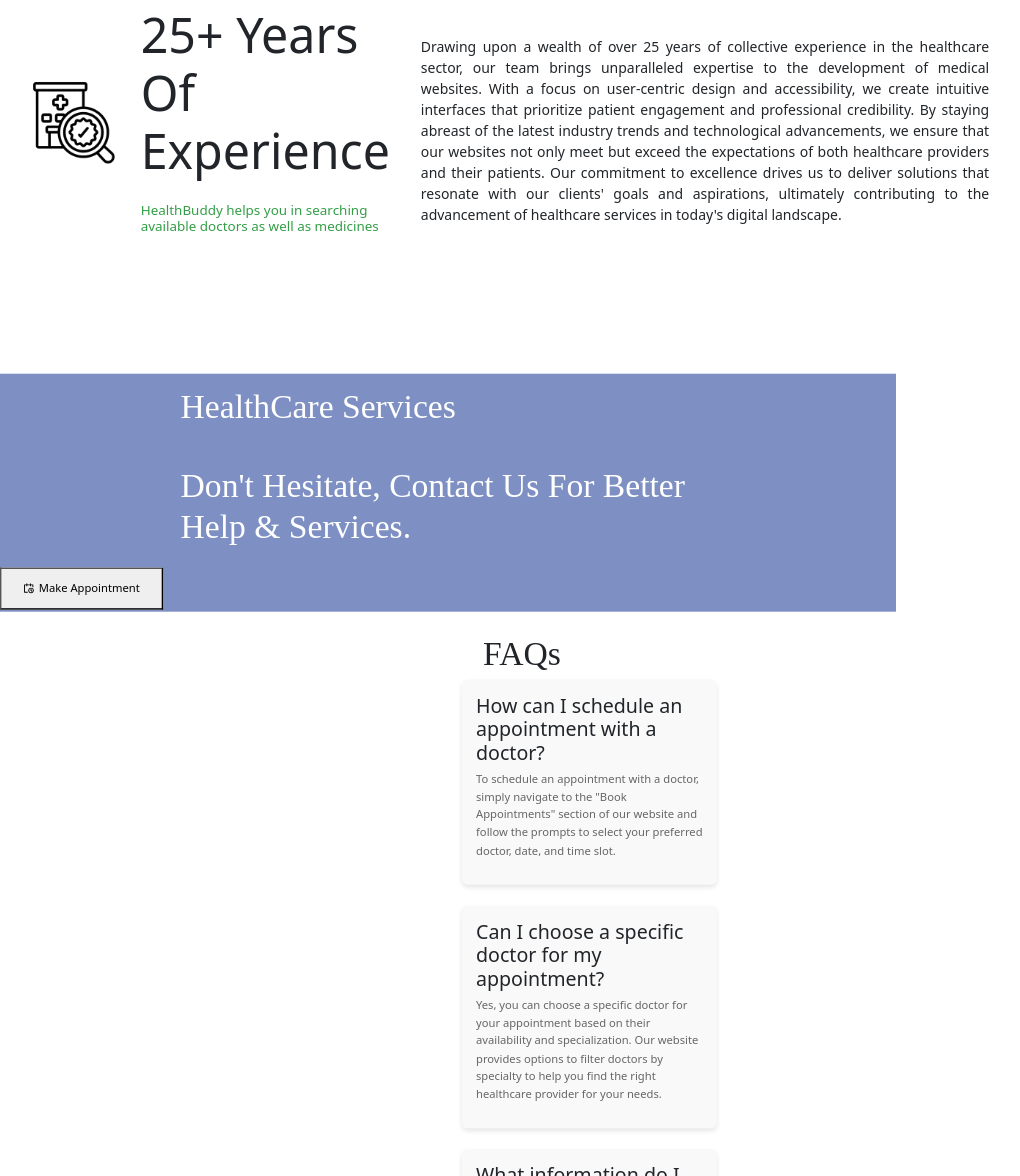
Repository: WajihaGul/MedicalApp-Frontend
Page: /
These files come from the project's save history. The page is drawn as it stood at one moment and after the next save; the edit follows.
The browser window is 1280 px wide. The page is 1457 px wide, so the pictures cover 1457 px, including what lies to the right of the window. The pictures show the part of the page from y = 1507 to 3187 px (the page is 4744 px tall), at 70% of full size.
The project was rebuilt for these pictures with package versions that can differ from the ones it lists, and the page was loaded fresh each time. Also part of the build but not shown: vite.config.js, src/index.css, src/App.css.

Above is the page before, as saved 2024-05-08 23:22:09.

### public/index.html
<!DOCTYPE html>
<html lang="en">
  <head>
    <meta charset="utf-8" />
    <link rel="icon" href="%PUBLIC_URL%/favicon.ico" />
    <meta name="viewport" content="width=device-width, initial-scale=1" />
    <meta name="theme-color" content="#000000" />
    <meta
      name="description"
      content="Web site created using create-react-app"
    />
    <link rel="apple-touch-icon" href="%PUBLIC_URL%/logo192.png" />

    <link rel="manifest" href="%PUBLIC_URL%/manifest.json" />

    <title>Health Buddy</title>

    <!-- Bootstrap CSS -->

    <link href="https://cdn.jsdelivr.net/npm/bootstrap@5.3.3/dist/css/bootstrap.min.css" rel="stylesheet">
  </head>
  <body>
    <noscript>You need to enable JavaScript to run this app.</noscript>
    <div id="root"></div>

  </body>
</html>

### src/index.js
import React from "react";
import ReactDOM from "react-dom/client";
import "./index.css";
import "bootstrap/dist/css/bootstrap.min.css";
import { Auth0Provider } from "@auth0/auth0-react";
import App from "./App";

const root = ReactDOM.createRoot(document.getElementById("root"));
root.render(
  <Auth0Provider
    domain="dev-0g3c3dxmqjxyqw2c.us.auth0.com"
    clientId="oMzUGa6dYetqfOyrTVNkJyeCd189p4oL"
    authorizationParams={{
      redirect_uri: window.location.origin,
    }}
  >
    <App />
  </Auth0Provider>
);

### src/App.js
import "./App.css";
import Homepage from "./Pages/Homepage";
function App() {
  return (
    <>
      <Homepage />
    </>
  );
}

export default App;

### src/Pages/Homepage.jsx
import Accomplishments from "../Components/Accomplishments/Accomplishments";
import Experience from "../Components/Experience/Experience";
import LandingPage from "./../Components/LandingPage/LandingPage";
import NavigationBar from "./../Components/NavigationBar/Navbar";
import MakeAppointment from "../Components/MakeAppointment/MakeAppointment";
import Footer from "../Components/Footer/Footer";
import Faqs from "../Components/FAQS/Faqs";

const Homepage = () => {
  return (
    <>
      <NavigationBar />
      <LandingPage />
      <Accomplishments />
      <Experience />
      <MakeAppointment />
      <Faqs />
      <Footer />
    </>
  );
};

export default Homepage;

### src/Components/Accomplishments/Accomplishments.jsx
import styles from "./Accomplishments.module.css";

const Accomplishments = () => {
  return (
    <div className={styles.container}>
      <div className={styles.innerContainer}>
        <div className={styles.column1}>
          <img
            className={styles.cols_img}
            src="https://medi-dove.netlify.app/img/counter/counter-icon-7.png"
            alt=""
          />

          <p className={styles.explanationi}>540 + </p>

          <p className={styles.explanationii}>Expert Doctors</p>

          <p className={styles.explanationiii}>
            Our team of dedicated professionals ensures personalized care and
            expert guidance tailored to your unique health needs
          </p>
        </div>

        <div className={styles.column1}>
          <img
            className={styles.cols_img}
            src="https://medi-dove.netlify.app/img/counter/counter-icon-9.png"
            alt=""
          />

          <p className={styles.explanationi}>899+</p>

          <p className={styles.explanationii}>Problem Solve</p>

          <p className={styles.explanationiii}>
            Benefit from our extensive expertise in resolving medical
            challenges, offering tailored solutions that prioritize patient
            well-being.
          </p>
        </div>

        <div className={styles.column3}>
          <img
            className={styles.cols_img}
            src="https://medi-dove.netlify.app/img/counter/counter-icon-83.png"
            alt=""
          />

          <p className={styles.explanationi}>100+</p>

          <p className={styles.explanationii}>Award Winner</p>

          <p className={styles.explanationiii}>
            With a track record of excellence, we continue to set the standard
            for cutting-edge medical information and services
          </p>
        </div>
      </div>
    </div>
  );
};

export default Accomplishments;

### src/Components/Experience/Experience.jsx
import styles from "./Experience.module.css";

const Experience = () => {
  return (
    <>
      <div className={styles.container}>
        <div className={styles.divimg}>
          <img
            className={styles.eimg}
            src="/Assets/Experience_image.png"
            alt="logo here"
          />
        </div>

        <div>
          <h1 className={styles.ehead1}>25+ Years Of Experience</h1>
          <br />
          <h6 className={styles.ehead6}>
            HealthBuddy helps you in searching available doctors as well as
            medicines
          </h6>
        </div>
        <div>
          <p className={styles.story_p}>
            Drawing upon a wealth of over 25 years of collective experience in
            the healthcare sector, our team brings unparalleled expertise to the
            development of medical websites. With a focus on user-centric design
            and accessibility, we create intuitive interfaces that prioritize
            patient engagement and professional credibility. By staying abreast
            of the latest industry trends and technological advancements, we
            ensure that our websites not only meet but exceed the expectations
            of both healthcare providers and their patients. Our commitment to
            excellence drives us to deliver solutions that resonate with our
            clients' goals and aspirations, ultimately contributing to the
            advancement of healthcare services in today's digital landscape.
          </p>
        </div>
      </div>
    </>
  );
};
export default Experience;

### src/Components/LandingPage/LandingPage.jsx
import React from "react";
import "bootstrap/dist/css/bootstrap.min.css";
import { Carousel } from "react-bootstrap";
import styles from "./LandingPage.module.css";

const LandingPage = () => {
  return (
    <Carousel>
      <Carousel.Item>
        <img
          className={styles.dblock}
          src="https:hips.hearstapps.com/hmg-prod/images/types-of-doctors-1600114658.jpg?crop=0.974xw:0.729xh;0,0&resize=1200:*"
          alt="First slide"
        />
        <Carousel.Caption>
          <h3 className={styles.sliders_h}>Welcome to HealthBuddy</h3>
          <p className={styles.sliders_p}>
            We are dedicated to providing compassionate care and innovative
            medical solutions tailored to your needs.
          </p>
        </Carousel.Caption>
      </Carousel.Item>
      <Carousel.Item>
        <img
          className={styles.dblock}
          src="https://medi-dove.netlify.app/img/home4/about/overlap.png"
          alt="Second slide"
        />
        <Carousel.Caption>
          <h3 className={styles.sliders_h}>
            Find Trusted Doctors in Your Area
          </h3>
          <p className={styles.sliders_p}>
            Whether you need a primary care physician, specialist, or allied
            healthcare provider, we've got you covered.
          </p>
        </Carousel.Caption>
      </Carousel.Item>
      <Carousel.Item>
        <img
          className={styles.dblock}
          src="https://drz0f01yeq1cx.cloudfront.net/1714474335549-158e1cf4-d33e-41ef-afb5-0ab23aea778c-4929.png"
          alt="Third slide"
        />
        <Carousel.Caption>
          <h3 className={styles.sliders_h}>Convenient Pharmacy Services</h3>
          <p className={styles.sliders_p}>
            Our pharmacy services make it easy to access the medications you
            need, right from the comfort of your own home.
          </p>
        </Carousel.Caption>
      </Carousel.Item>
    </Carousel>
  );
};

export default LandingPage;

### src/Components/NavigationBar/Navbar.jsx
import styles from "./Navbar.module.css";
import { useAuth0 } from "@auth0/auth0-react";

const Navbar = () => {
  const { loginWithRedirect, isAuthenticated, logout } = useAuth0();

  return (
    <>
      <nav className={styles.container}>
        <div className={styles.logo}>
          <img
            className={styles.nav_img}
            src="https://cdn.icon-icons.com/icons2/1465/PNG/512/588hospital_100778.png"
            alt="logo"
          />
          <h1 className={styles.nav_head}>HealthBuddy</h1>
        </div>
        <ul className={styles.navul}>
          <li href="#">Home</li>
          <li href="#">Doctors</li>
          <li href="#">Pharmacies</li>
          <li href="#">Contact Us</li>
        </ul>
        {isAuthenticated ? (
          <li>
            <button
              className={styles.customButton}
              onClick={() =>
                logout({ logoutParams: { returnTo: window.location.origin } })
              }
            >
              Log Out
            </button>
          </li>
        ) : (
          <li>
            <button
              className={styles.customButton}
              onClick={() => loginWithRedirect()}
            >
              Login
            </button>
          </li>
        )}
      </nav>
    </>
  );
};

export default Navbar;

### src/Components/MakeAppointment/MakeAppointment.jsx
import styles from "./MakeAppointment.module.css";
import { RiCalendarScheduleLine } from "react-icons/ri";

const MakeAppointment = () => {
  return (
    <>
      <div className={styles.container}>
        <div className={styles.divii}>
          <h3 className={styles.head3}>HealthCare Services</h3>
          <h1 className={styles.head1}>
            Don't Hesitate, Contact Us For Better Help & Services.
          </h1>
        </div>

        <div className={styles.ButtonHere}>
          <button className={styles.mbutton} type="button">
            <RiCalendarScheduleLine className={styles.icon} />
            Make Appointment
          </button>
        </div>
      </div>
    </>
  );
};

export default MakeAppointment;

### src/Components/Footer/Footer.jsx
import React from "react";
import styles from "./Footer.module.css";
import {
  FaPhone,
  FaEnvelope,
  FaFacebook,
  FaTwitter,
  FaInstagram,
  FaLinkedin,
} from "react-icons/fa";

const Footer = () => {
  return (
    <>
      <footer className={styles.footer}>
        <div className={styles.container}>
          <div className={styles.footer_grid}>
            <div className={styles.footer_item}>
              <h3>Contact Us</h3>
              <p>
                <FaPhone /> +1-123-456-7890
              </p>
              <p>
                <FaEnvelope /> info@medicalwebsite.com
              </p>
            </div>
            <div className={styles.footer_item}>
              <h3>Quick Links</h3>
              <ul>
                <li>
                  <a href="#home">Home</a>
                </li>
                <li>
                  <a href="#doctors">Doctors</a>
                </li>
                <li>
                  <a href="#pharmacy">Pharmacy</a>
                </li>
                <li>
                  <a href="#appointments">Appointments</a>
                </li>
                <li>
                  <a href="#about">About Us</a>
                </li>
                <li>
                  <a href="#contact">Contact Us</a>
                </li>
              </ul>
            </div>
            <div className={styles.footer_item}>
              <h3>Services</h3>
              <ul>
                <li>
                  <a href="#appointment">Book Appointment</a>
                </li>
                <li>
                  <a href="#pharmacy-order">Order Medicine</a>
                </li>
              </ul>
            </div>
            <div className={styles.footer_item}>
              <h3>Follow Us</h3>
              <ul className={styles.social_icons}>
                <li>
                  <a href="https://facebook.com">
                    <FaFacebook />
                  </a>
                </li>
                <li>
                  <a href="https://twitter.com">
                    <FaTwitter />
                  </a>
                </li>
                <li>
                  <a href="https://instagram.com">
                    <FaInstagram />
                  </a>
                </li>
                <li>
                  <a href="https://linkedin.com">
                    <FaLinkedin />
                  </a>
                </li>
              </ul>
            </div>
          </div>
        </div>
        <div className={styles.footer_bottom}>
          <div className={styles.container}>
            <p>
              &copy; {new Date().getFullYear()} Medical Website. All rights
              reserved.
            </p>
          </div>
        </div>
      </footer>
    </>
  );
};

export default Footer;

### src/Components/FAQS/Faqs.jsx
import React from "react";
import styles from "./Faqs.module.css";

const Faqs = () => {
  return (
    <section className={styles.faq_section}>
      <div className={styles.faq_content}>
        <h2 className={styles.faq_h2}>FAQs</h2>
        <div className={styles.faq_item}>
          <h3>How can I schedule an appointment with a doctor?</h3>
          <p>
            To schedule an appointment with a doctor, simply navigate to the
            "Book Appointments" section of our website and follow the prompts to
            select your preferred doctor, date, and time slot.
          </p>
        </div>
        <div className={styles.faq_item}>
          <h3>Can I choose a specific doctor for my appointment?</h3>
          <p>
            Yes, you can choose a specific doctor for your appointment based on
            their availability and specialization. Our website provides options
            to filter doctors by specialty to help you find the right healthcare
            provider for your needs.
          </p>
        </div>
        <div className={styles.faq_item}>
          <h3>
            What information do I need to provide when booking an appointment?
          </h3>
          <p>
            When booking an appointment, you will need to provide basic
            information such as your name, contact details, reason for visit,
            and any relevant medical history. This information helps us ensure
            that you receive the appropriate care during your visit.
          </p>
        </div>
        <div className={styles.faq_item}>
          <h3>How can I order prescription medications from the pharmacy?</h3>
          <p>
            Ordering prescription medications from our pharmacy is easy. Simply
            log in to your account on our website, navigate to the pharmacy
            section, and browse our catalog of available medications. Add the
            desired items to your cart, proceed to checkout, and follow the
            instructions to complete your order
          </p>
        </div>

        <div className={styles.faq_item}>
          <h3>
            How long does it take for prescription medications to be delivered?
          </h3>
          <p>
            Prescription medication delivery times may vary depending on your
            location and the availability of the medications you have ordered.
            Typically, orders are processed and dispatched within 24 hours, and
            delivery times range from 2-3 business days.
          </p>
        </div>
      </div>
    </section>
  );
};

export default Faqs;

### src/Components/Accomplishments/Accomplishments.module.css
.container{
    margin:0 auto;
    width: 1200px;
    padding-top: 30px;
    padding-bottom: 30px;
    margin-top: 30px;
    display: flex;
    flex-direction: column;
}
.innerContainer{
    display: flex;
    flex-direction: row;
}
.column1 , .column2 , .column3{
    display: flex;
    flex-direction: column;
    justify-content: center;
    align-items: center;
}
.explanationi{
    font-size: xxx-large;
    font-weight: 700px;
}

.explanationii{
    color: green;
    font-size: larger;
    font-style: italic;
    margin-top: -12px;
}

.explanationiii{
    text-align: justify;
    margin-right: 23px;
    font-size:24px;
}

.cols_img{
    height: 150px;
    width: 150px;
    align-items: center !important;
    justify-content: center !important;
}

### src/Components/Experience/Experience.module.css
.container{
  margin: 0 auto;
  width: 1200px;
  margin-top: 138px;
  display: flex;
  flex-direction: row;
  margin-bottom: 138px;
}

.logo, .experience , .story{
  margin: 10px;
  height: 100px !important;
}

.story_p{
  padding: 44px;
    text-align: justify;
    font-size: 20px;
    width: 900px;
}
.divimg{

}
.ehead1{
  font-size: 69px;
}

.ehead6{
color: #339e46 ;
font-size: larger;
}
.eimg{
  height: 131px;
  margin-bottom: 102px;
  margin-top: 102px;
  padding-right: 30px;
}

### src/Components/LandingPage/LandingPage.module.css
.carousel {
  overflow: hidden; /* Hide any overflow */
}

.carousel-item img {
  max-width: 100%; /* Ensure images don't exceed the width of the container */
  max-height: 100vh; /* Adjust the height as needed to fit within the viewport */
  margin: auto; /* Center the images horizontally */
}

.dblock{
  height: 100vh;
  width: 100%;
  margin-bottom: 100px;
  filter: brightness(0.5);
}

.sliders_p{
  font-size: 48px;
  color: white;
  width: 1462px;
  text-align: center;
  padding-bottom: 156px;
  font-family: serif;
}

.sliders_h{
  font-size: 48px;
  font-family: serif;
}

### src/Components/NavigationBar/Navbar.module.css
nav {
    position: fixed;
    top: 0;
    left: 0;
    width: 100%;
    display: flex;
    justify-content: space-between;
    align-items: center;
    height: 80px;
    padding: 0 30px;
    background-color: #4f4fa1;
    box-shadow: 0px 4px 10px rgba(0, 0, 0, 0.1);
    z-index: 10;
}

.navul {
  display: flex;
  gap: 53px;
  list-style-type: none;
  margin: 0;
  padding: 0;
  font-size: x-large;
  box-sizing: border-box;
  font-family: cursive;
  color: white;
  font-weight: 800;
}

.navbar-item {
  position: relative;
}

.navbar-item a {
  text-decoration: none;
  color: #fff;
  font-weight: bold;
  padding: 15px 20px;
  border-radius: 10px;
  transition: background-color 0.3s ease;
}

.navbar-item a:hover {
  background-color: rgba(255, 255, 255, 0.2); /* Semi-transparent background on hover */
}

.customButton {
  background-color: #f0f1ff;
    border: none;
    font-family: cursive;
    color: #2259b1;
    padding: 0px 32px;
    text-align: center;
    text-decoration: none;
    display: inline-block;
    margin: 4px 2px;
    cursor: pointer;
    border-radius: 4px;
    transition-duration: 0.4s;
    font-size: x-large;
    height: 54px;
    font-weight: 700;
}

.customButton:hover {

}


.btn-primary.btn-lg:hover {
  transform: scale(1.05); /* Scale button on hover */
}

.logo {
  display: flex;
  align-items: center;
}

.nav_img {
  height: 47px;
  margin-right: 20px;
  margin-top: -9px;
  margin-right: 14px;
}

.nav_head {
  font-size: 2.5rem;
  margin-left: -12px;
  color:#ffffff;
  font-family: cursive;
  margin-bottom: 1px;
  font-weight: 800;
  font-size: xx-large;
}

### src/Components/MakeAppointment/MakeAppointment.module.css
.container{
    background-color: rgb(126 144 195);
    height: 340px;
    margin-top: 152px
}
.head3{
    color: white;
    font-family: cursive;
    margin-left: 290px;
    padding-top: 18px;
    width: 800px;
    font-size: xxx-large;
    margin-right: 290px;
    padding-bottom: 18px;
}
.head1{
    margin-top: 30px;
    color: white;
    font-family: cursive;
    margin-left: 290px;
    font-size: xxx-large;
    width: 800px;
    margin-bottom: 30px;
    margin-right: 290px;
}

.divii , .ButtonHere{
display: flex;
flex-direction: column;
}

.divii{
    margin-left: 70px;
    margin-right: -32px;
    margin-left: -32px;
}

.ButtonHere{
    width: 233px;
}

.button{
    height: 55px;
    width: 286px;
    border-color: transparent;
    font-size: x-large;
    border-radius: 15px;
    background-color: #32ca0b;
    color: white;
}

.icon{
    margin-right: 6px;
    height: 54px;
}

### src/Components/Footer/Footer.module.css
.footer {
  background-color: #191931;
  padding-top: 26px;
  padding-left: 25px;
  font-family: emoji;
  color: white;
  display: flex;
  flex-direction: column;
  justify-content: space-between; /* Align content at the top and bottom */
  height: 100%; /* Make the footer take the full height */
}

.footer .container {
  justify-content: space-between;
  color: white;
}

.footer_grid {
  color: white;
  display: grid;
  grid-template-columns: repeat(4, 1fr);
  grid-gap: 30px;
}

.footer_item {
  color: white;
  margin-bottom: 30px;
}

.footer_item h3 {
  color: white;
  font-size: 1.2rem;
  margin-bottom: 15px;
  color: white;
}

.footer_item p {
  color: white;
  font-size: 1rem;
  margin-bottom: 10px;
}

.footer_item ul {
  color: white;
  list-style-type: none;
  padding: 0;
}

.footer_item ul li {
  margin-bottom: 5px;
  color: white;
}

.footer_item ul li a {
  color: #333;
  text-decoration: none;
  color: white;
}

.footer_item ul li a:hover {
  color: #007bff;
}

.social_icons {
  display: flex;
  padding: 0;
  color: white;
}

.social_icons li {
  margin-right: 10px;
  color: white;
}

.social_icons li:last-child {
  margin-right: 0;
  color: white;
}

.social_icons a {
  color: white;
  font-size: 1.2rem;
  text-decoration: none;
}

.social_icons a:hover {
  color: #007bff;
}

.footer_bottom {
  background-color:  #191931;
  padding: 15px 0;
  color: white;
  text-align: center;
}

.footer_bottom p {
  margin-left: -23px;
  font-size: 0.9rem;
  color: white;
}

### src/Components/FAQS/Faqs.module.css
.faq_section {
    max-width: 1587px;
    display: flex;
    padding-left: 300px;
    padding: 300p;
    padding-top: 32px;
    align-items: center;
    margin-left: 340px;
}
  .faq_h2{
    font-size: 3rem;
    font-family: emoji;
    padding-left: 30px;
  }
  .faq_content {
    width: 60%;
    padding-left: 20px;
  }


  .faq_item {
    margin-bottom: 30px;
    background-color: #f9f9f9;
    padding: 20px;
    border-radius: 8px;
    box-shadow: 0 4px 8px rgba(0, 0, 0, 0.1);
    transition: transform 0.3s ease;
  }

  .faq_item:hover {
    transform: translateY(-5px);
    color: #4f4fa1;
  }

  .faq-item h3 {
    font-size: 1.2rem;
    margin-bottom: 10px;
    color: #333;
  }

  .faq_item p {
    font-size: 1rem;
    line-height: 1.6;
    color: #666;
  }

After the next save:
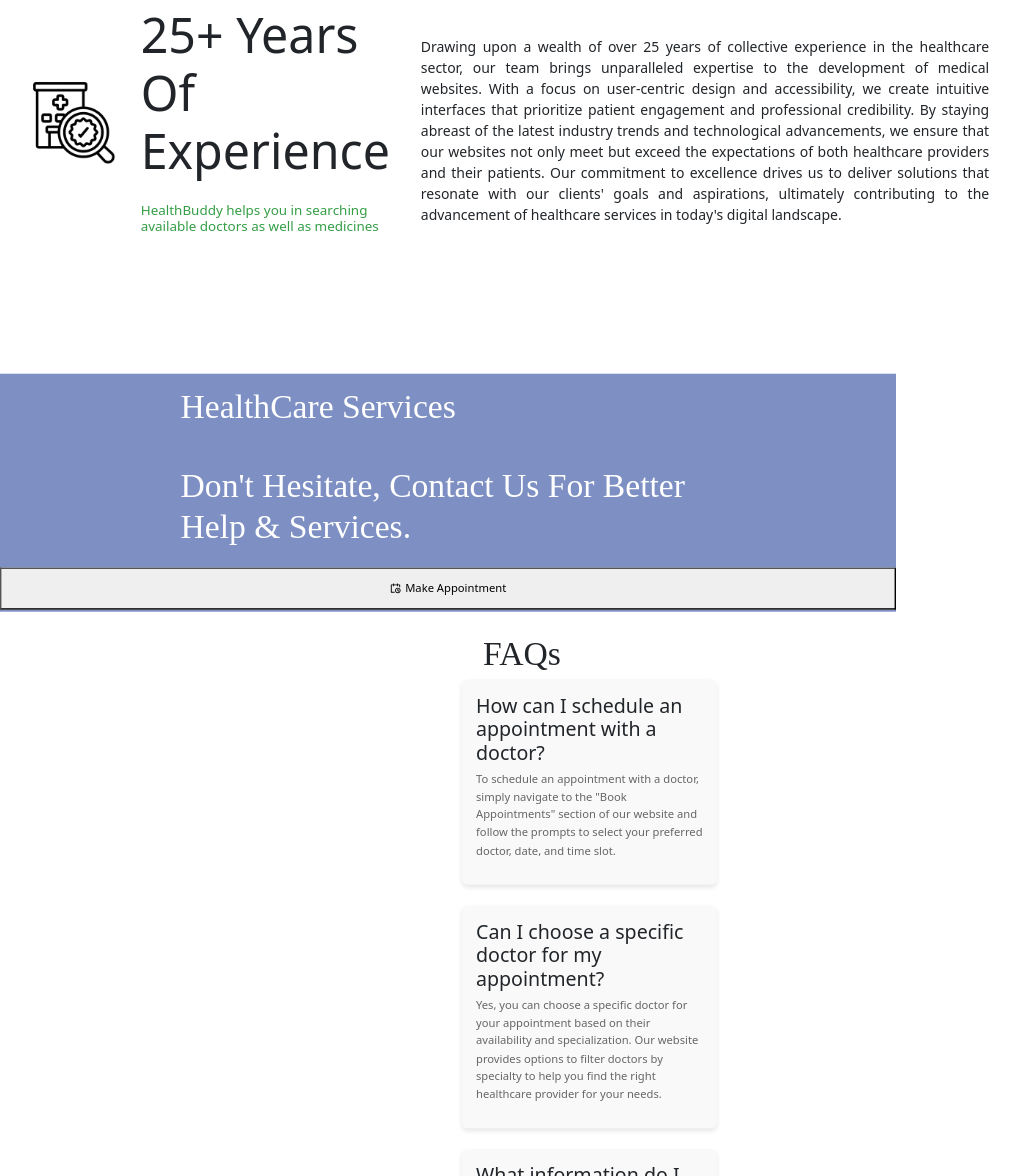
Saved 4 min 35 s later.
--- a/src/Components/MakeAppointment/MakeAppointment.module.css
+++ b/src/Components/MakeAppointment/MakeAppointment.module.css
@@ -36,7 +36,7 @@ flex-direction: column;
 }
 
 .ButtonHere{
-    width: 233px;
+
 }
 
 .button{
